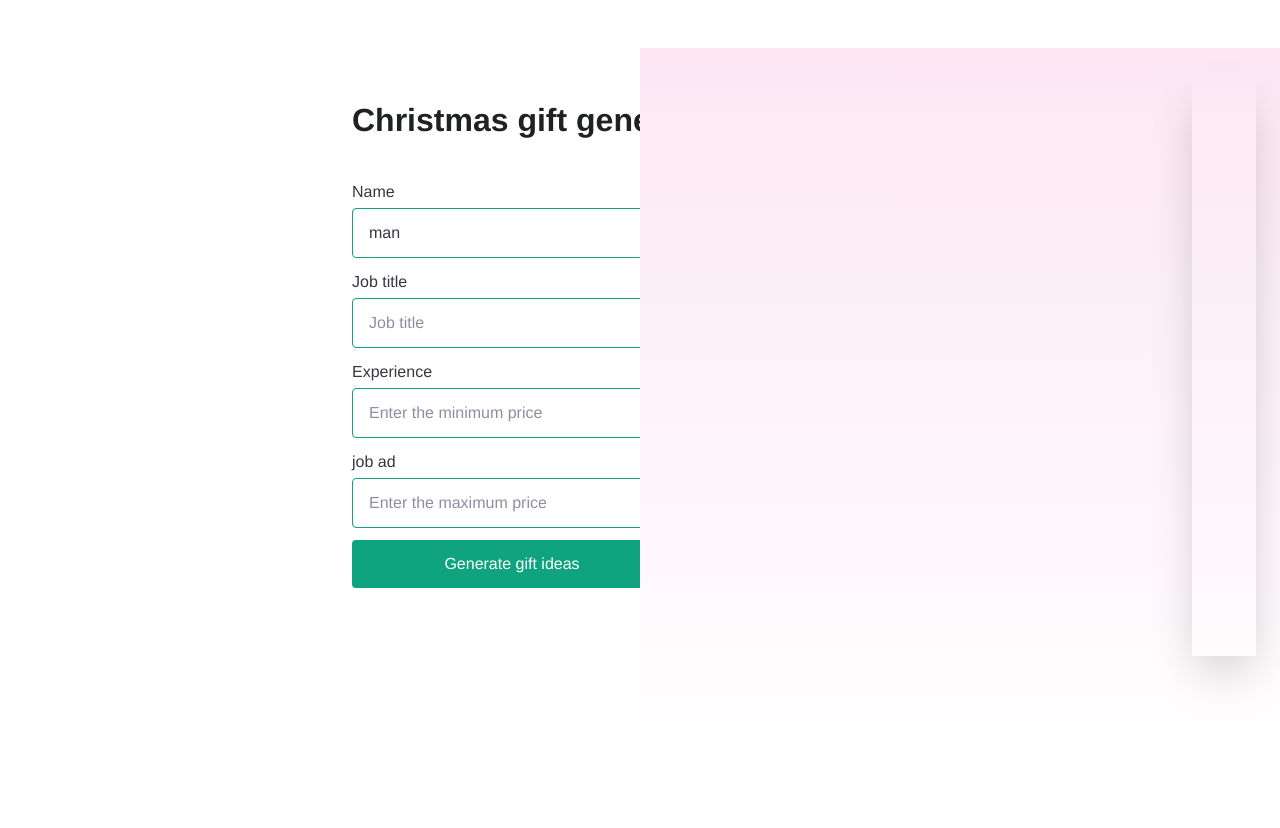
Repository: hamza-mastar/chatgpt-jpbad
Page: /
An editor plug-in stored every save of this project. The page is shown before and after the next save, followed by the edit.
The browser window is 1280 px wide. The pictures show the whole page.
Some web fonts or font styles are not loaded; a fallback is used. The project was rebuilt for these pictures with package versions that can differ from the ones it lists, and the page was loaded fresh each time. The framework's server and built-in components were replaced by stand-ins that run in the browser.

Above is the page before, as saved 2023-01-30 04:17:13.

### pages/_app.js
import 'tailwindcss/tailwind.css'

import '../styles/globals.css'

export default function MyApp({ Component, pageProps }) {
  return <Component {...pageProps} />
}

### pages/index.js
import Head from 'next/head';
import React from 'react';
import { useState } from 'react';

import styles from './index.module.css';


// import './gifts.css'




export default function Home() {
  const [name, setName] = useState('man');
  const [job_title, setJob_title] = useState("");
  const [experience, setExperience] = useState("");
  const [job_ad, setJob_ad] = useState("");

  const [loading, setLoading] = useState(false);

  const [result, setResult] = useState('');

  async function onSubmit(event) {
    event.preventDefault();
    if (loading) {
      return;
    }
    setLoading(true);
    setResult('hamza');
    const response = await fetch('/api/generate-gifts', {
      method: 'POST',
      headers: {
        'Content-Type': 'application/json',
      },
      body: JSON.stringify({ name, job_title, experience, job_ad}),
    });
    const data = await response.json();
    setResult(data.result.replaceAll('\n', '<br />'));
    setLoading(false);
  }


  return (
    <>



    <dody class="h-full px-5 sm:px-6">
      <div class="flex relative sm:flex-col md: flex-col">

      <Head>
        <title>OpenAI Quickstart</title>
        <link rel="icon" href="/dog.png" />
      </Head>

      <main className={styles.main}>
     <div class="min-h-screen w-full lg:w-1/2 relative">
    <div class="h-full px-5 sm:px-6">
      <div class="h-full w-full max-w-xl mx-auto flex flex-col after:mt-auto after:flex-1">




        <h3  >Christmas gift generator 🎁 💡</h3>
        <form  onSubmit={onSubmit}>
          <label>Name</label>
          <input
            type="text"
            name="name"
            placeholder="Enter the Name"
            value={name}
            onChange={(e) => setName(e.target.value)}
          />


          <label>Job title</label>
          <input
            type="text"
            name="job_title"
            placeholder="Job title"
            value={job_title}
            onChange={(e) => setJob_title(e.target.value)}
          />

          <label>Experience </label>
          <input
            type="text"
            name="experience"
            placeholder="Enter the minimum price"
            value={experience}
            onChange={(e) => setExperience(e.target.value)}
          />

          <label> job ad</label>
          <input
            type="text"
            name="job_ad"
            placeholder="Enter the maximum price"
            value={job_ad}
            onChange={(e) => setJob_ad(e.target.value)}
          />



          <input type="submit" value="Generate gift ideas" />
        </form>
        </div>
        </div>
          </div>
          {/* loging page ////////////////// */}

          <div class="relative lg:fixed right-0 bottom-0 lg:block lg:w-1/2 overflow-hidden sm:px-5 lg:h-full h-auto overflow-y-auto top-12">
            <div class="absolute inset-0 bg-gradient-to-b from-pink-100 to-white pointer-events-none -z-10" >
              <div class="hidden md:block absolute right-0 pointer-events-none -z-10">
                <div class="h-auto">
                <div class="p-6 pb-0 h-[calc(100vh-6rem)]" >
                <div class="form-textarea relative text-base w-full p-4 px-8 overflow-scroll h-[calc(100%-1rem)] shadow-2xl flex items-center justify-center" >
                <div class="text-pink-600 font-mono text-left text-base font-semibold absolute top-4 left-4">
        {loading && (
          <div>
            <h3>Looking for the best gift ideas 🎁 💡</h3>
            <img src="/loading.gif" className={styles.loading} />
          </div>



        )}
        <div class="is-typed"
          className={styles.result}
          dangerouslySetInnerHTML={{ __html: result }}


        />
        </div>
        </div>
        </div>
        </div>
        </div>
        </div>
        </div>
      </main>
      </div>

      </dody>


    </>
  );
}
// Name Job_title Experience job_ad

### pages/index.module.css


@font-face {
  font-family: "ColfaxAI";
  src: url(https://cdn.openai.com/API/fonts/ColfaxAIRegular.woff2)
      format("woff2"),
    url(https://cdn.openai.com/API/fonts/ColfaxAIRegular.woff) format("woff");
  font-weight: normal;
  font-style: normal;
}
@font-face {
  font-family: "ColfaxAI";
  src: url(https://cdn.openai.com/API/fonts/ColfaxAIBold.woff2) format("woff2"),
    url(https://cdn.openai.com/API/fonts/ColfaxAIBold.woff) format("woff");
  font-weight: bold;
  font-style: normal;
}
.main,
.main input {
  font-size: 16px;
  line-height: 24px;
  color: #353740;
  font-family: "ColfaxAI", Helvetica, sans-serif;
}
.main {
  display: flex;
  flex-direction: column;
  align-items: center;
  padding-top: 60px;
}
.main .icon {
  width: 34px;
}
.main h3 {
  font-size: 32px;
  line-height: 40px;
  font-weight: bold;
  color: #202123;
  margin: 16px 0 40px;
}
.main form {
  display: flex;
  flex-direction: column;
  width: 320px;
}
.main input[type="text"] {
  padding: 12px 16px;
  border: 1px solid #10a37f;
  border-radius: 4px;
  margin-bottom: 24px;
  outline-color: #10a37f;
}
.main ::placeholder {
  color: #8e8ea0;
  opacity: 1;
}
.main input[type="submit"] {
  padding: 12px 0;
  color: #fff;
  background-color: #10a37f;
  border: none;
  border-radius: 4px;
  text-align: center;
  cursor: pointer;
}
.main .result {
  padding: 100px;
  font-weight: bold;
  margin-top: 40px;
  position:absolute;
  display: flex;
  justify-content: end;
}

.main .loading {
  width: 50;
}

.main input[type="text"],
.main input[type="number"],
.main select {
  padding: 12px 16px;
  border: 1px solid #10a37f;
  border-radius: 4px;
  margin-bottom: 12px;
  margin-top: 4px;
}
.hamza {
  background-color: #10a37f;
}






.relative {
  position: relative;
}

.nano {
  background-color: white;
  color: black;
  display: flex;
  overflow: scroll;
}

.form-textarea{
  border-width: 1px;
  --tw-border-opacity: 1;
  border-color: rgb(209 213 219 / var(--tw-border-opacity));
  --tw-bg-opacity: 1;
  background-color: rgb(255 255 255 / var(--tw-bg-opacity));
  height: 600px;
  width: 600px;
}

.texxt-base {
  font-size: 18px;
  line-height: 1.5;
  letter-spacing: -.01em;
  color: black

}
.typed {
  color: #1f2937;
  white-space: break-spaces;
  font-size: 100px;
}
@media only screen and (max-width: 600px) {
  .goho {
    width: auto;
    display: flex;
    justify-content:center ;

  }
}

Loaded but not shown: styles/globals.css (common file); tailwind.config.js (common file)

After the next save:
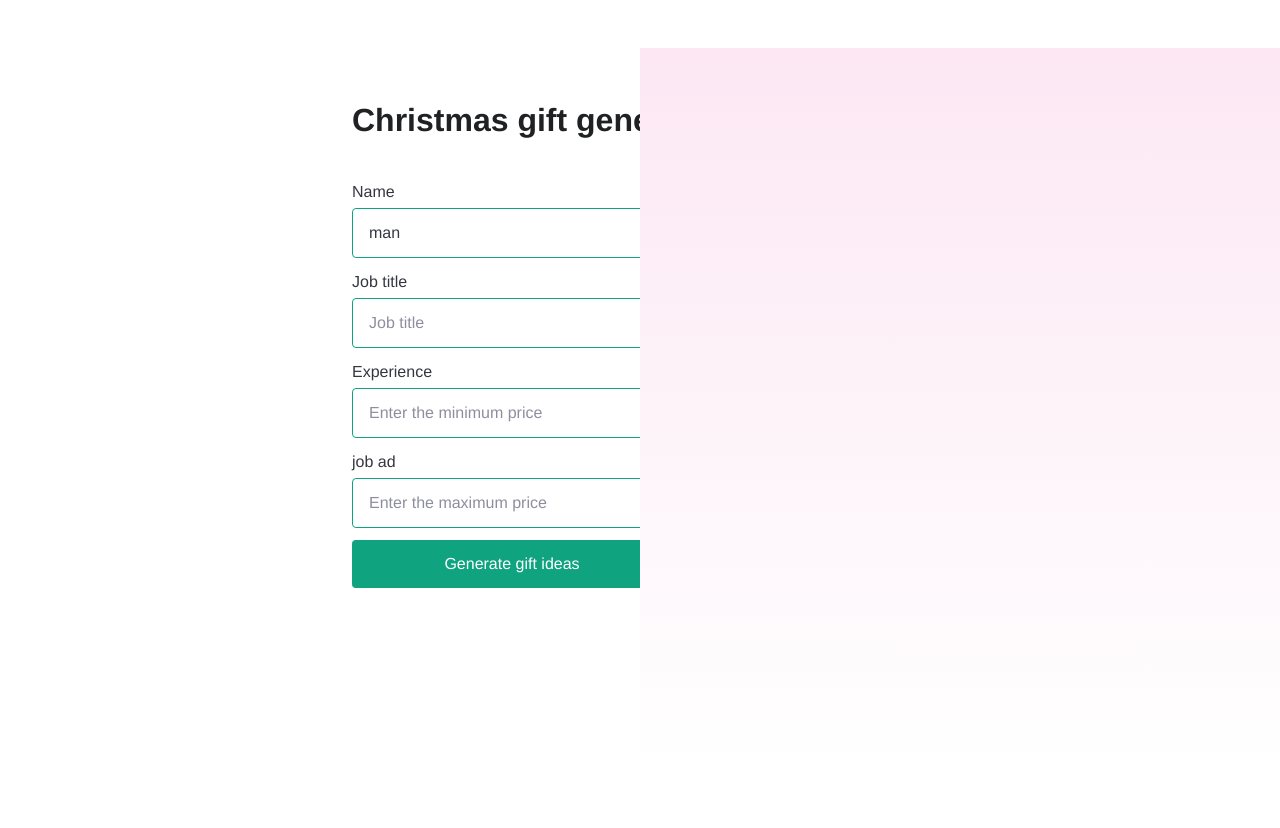
Saved 20 s later.
--- a/pages/index.js
+++ b/pages/index.js
@@ -113,8 +113,8 @@ export default function Home() {
             <div class="absolute inset-0 bg-gradient-to-b from-pink-100 to-white pointer-events-none -z-10" >
               <div class="hidden md:block absolute right-0 pointer-events-none -z-10">
                 <div class="h-auto">
-                <div class="p-6 pb-0 h-[calc(100vh-6rem)]" >
-                <div class="form-textarea relative text-base w-full p-4 px-8 overflow-scroll h-[calc(100%-1rem)] shadow-2xl flex items-center justify-center" >
+                {/* <div class="p-6 pb-0 h-[calc(100vh-6rem)]" > */}
+                {/* <div class="form-textarea relative text-base w-full p-4 px-8 overflow-scroll h-[calc(100%-1rem)] shadow-2xl flex items-center justify-center" > */}
                 <div class="text-pink-600 font-mono text-left text-base font-semibold absolute top-4 left-4">
         {loading && (
           <div>
@@ -136,8 +136,8 @@ export default function Home() {
         </div>
         </div>
         </div>
-        </div>
-        </div>
+        {/* </div>
+        </div> */}
       </main>
       </div>
 
